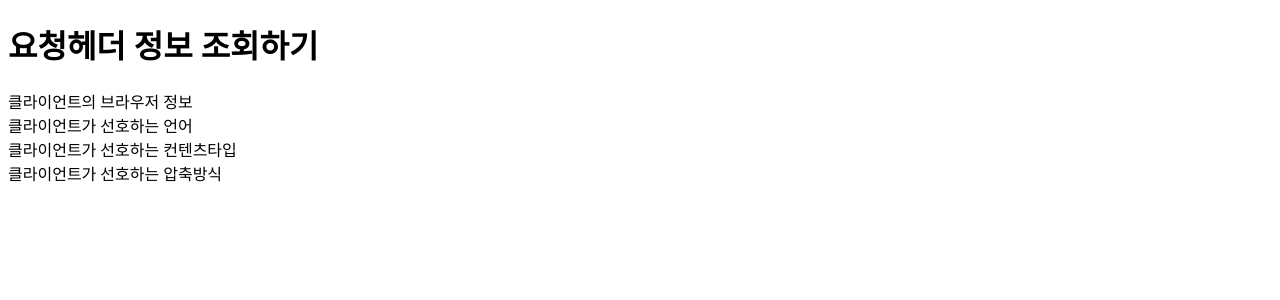
Repository: onuo77/ja_HTA
Page: http://localhost/sample/req/demo2.jsp
The author's editor kept a copy of each file at every save. The page is drawn from the files as they stood at one save, then again after the next save.
The browser window is 1280 px wide. The pictures show the whole page.
The page is served by Tomcat 9.

Above is the page before, as saved 2021-05-20 02:15:11.

After the next save:
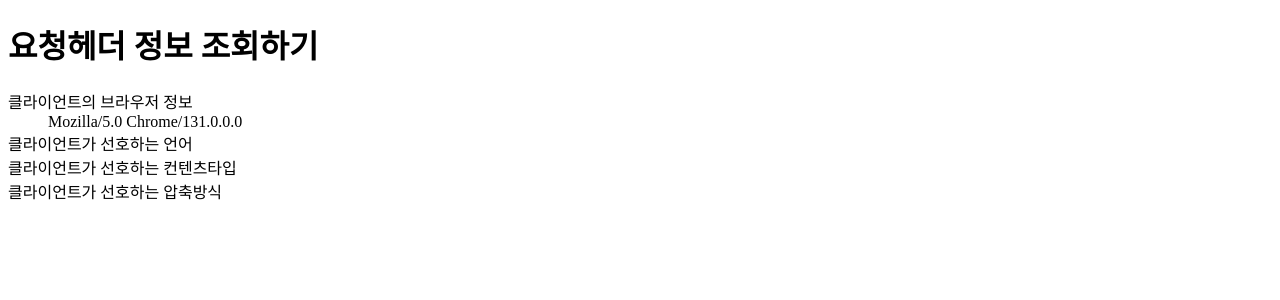
Saved 3 min 29 s later.
--- a/java-web/sample/src/main/webapp/req/demo2.jsp
+++ b/java-web/sample/src/main/webapp/req/demo2.jsp
@@ -8,8 +8,14 @@
 </head>
 <body>
 	<h1>요청헤더 정보 조회하기</h1>
+	<%
+		String agent = request.getHeader("user-agent");
+		String language = request.getHeader("accept-language");
+		String contentType = request.getHeader("accept");
+		String encoding = request.getHeader("accept-encoding");
+	%>
 	<dl>
-		<dt>클라이언트의 브라우저 정보</dt><dd></dd>
+		<dt>클라이언트의 브라우저 정보</dt><dd><%=agent %></dd>
 		<dt>클라이언트가 선호하는 언어</dt><dd></dd>
 		<dt>클라이언트가 선호하는 컨텐츠타입</dt><dd></dd>
 		<dt>클라이언트가 선호하는 압축방식</dt><dd></dd>
